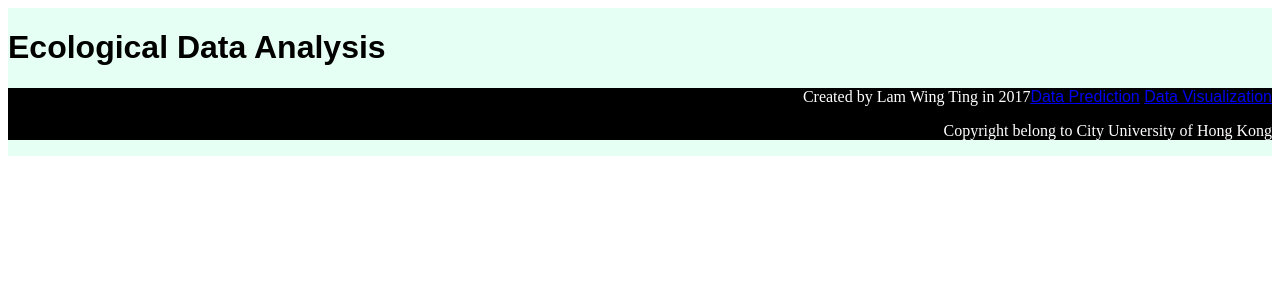
Repository: JenniferLam/FYP
Page: http://localhost/FYP_webapp/prediction/dataPred.html
The author's editor kept a copy of each file at every save. The page is drawn from the files as they stood at one save, then again after the next save.
The browser window is 1280 px wide. The pictures show the whole page.
The page is served by Tomcat 9.

Above is the page before, as saved 2018-01-28 22:01:21.

After the next save:
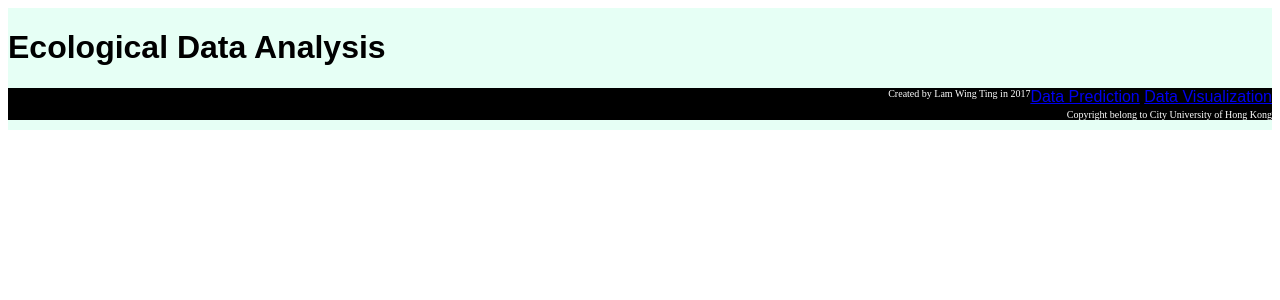
Saved 17 s later.
--- a/WebAppDev/FYP_webapp/WebContent/common.css
+++ b/WebAppDev/FYP_webapp/WebContent/common.css
@@ -17,4 +17,5 @@ body{
 	color: white;
 	text-align:right;
 	font-family:Times New Roman, Times, serif;
+	font-size:10px;
 }
